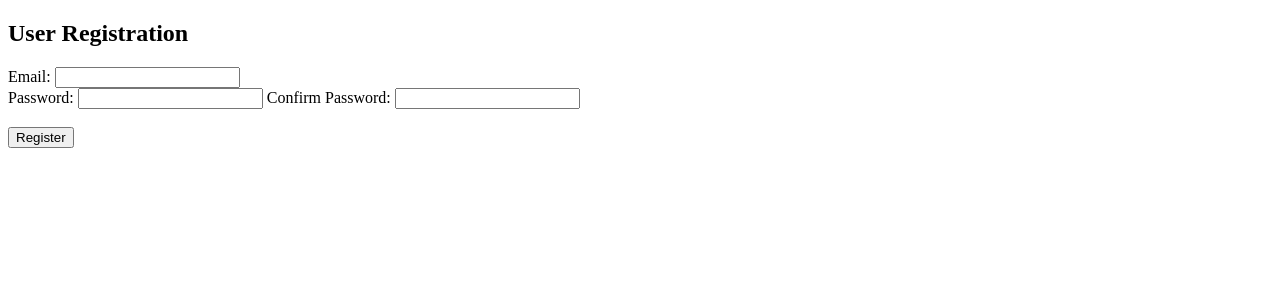
Repository: Srmaraghu/Advanced-Java
Page: Form Handling/src/main/webapp/q1.html
These files come from the project's save history. The page is drawn as it stood at one moment and after the next save; the edit follows.
The browser window is 1280 px wide. The pictures show the whole page.

Above is the page before, as saved 2025-01-26 02:04:44.

After the next save:
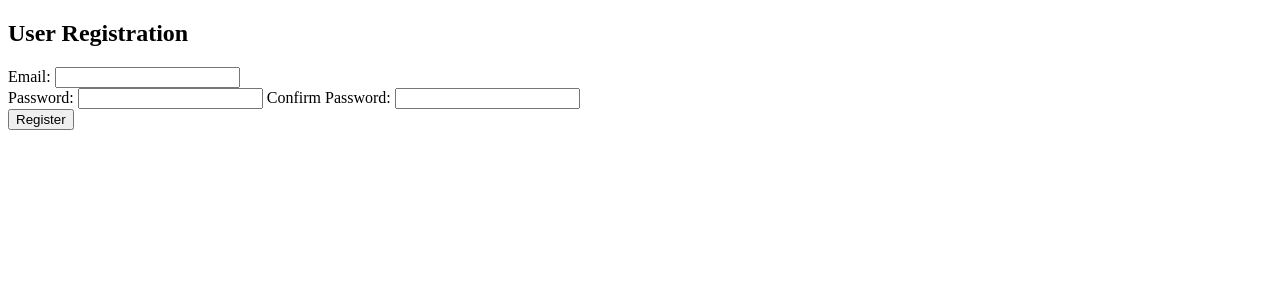
Saved 5 s later.
--- a/Form Handling/src/main/webapp/q1.html
+++ b/Form Handling/src/main/webapp/q1.html
@@ -15,7 +15,7 @@
     <input type="password" name="password" required>
 
     Confirm Password:
-    <input type="password" name="confirmPassword" required><br><br>
+    <input type="password" name="confirmPassword" required><br>
 
     <div id="errorMessage" style="color: red;"></div>
 
